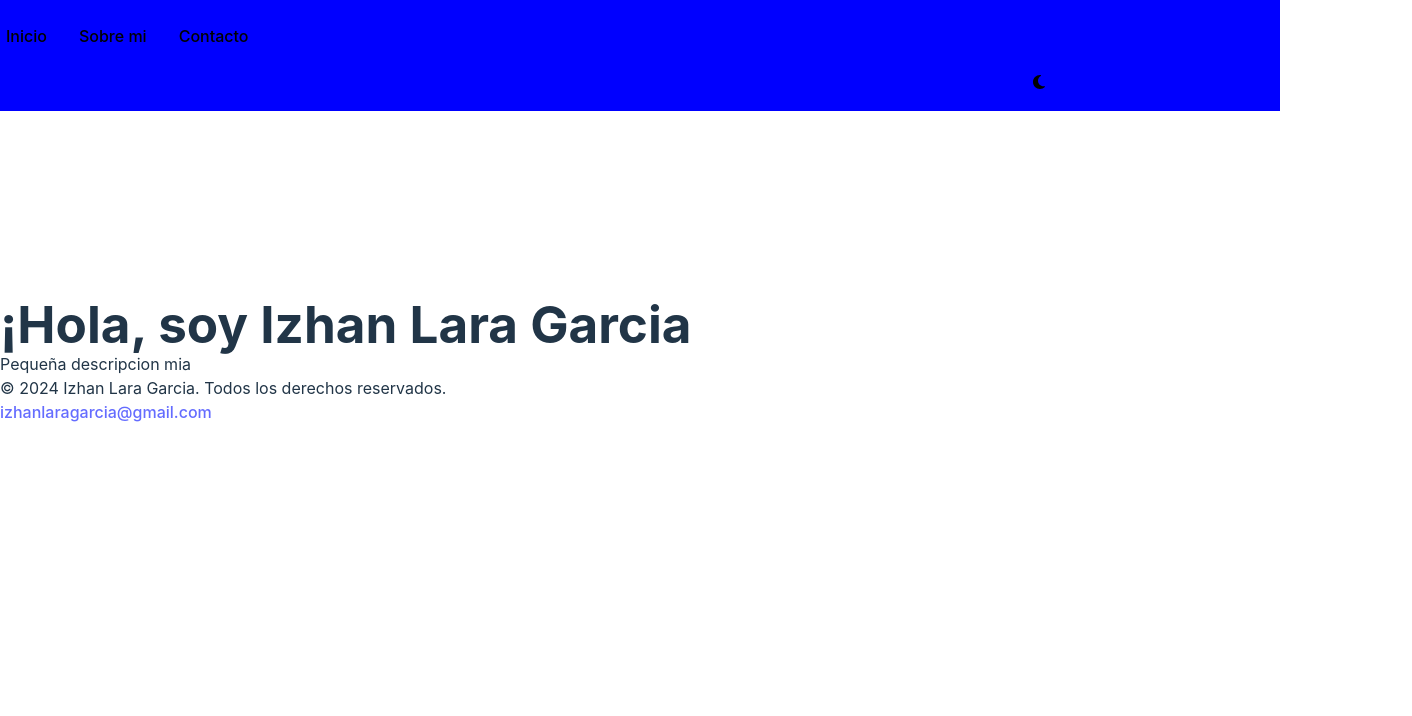
Repository: izhanlaraagarcia/izhanlaraagarcia.github.io
Page: / (app in vite-project/)
An editor plug-in stored every save of this project. The page is shown before and after the next save, followed by the edit.
The browser window is 1280 px wide. The page is 1280 px wide, then 1412 px, so the pictures cover 1412 px, including what lies to the right of the window. The pictures show the whole page.
The project was rebuilt for these pictures with package versions that can differ from the ones it lists, and the page was loaded fresh each time. Also part of the build but not shown: vite-project/vite.config.js, vite-project/src/Home/Styles/estilos.css, vite-project/src/pages/About/about.jsx, vite-project/src/pages/Contact/contact.jsx.

Above is the page before, as saved 2024-07-10 13:48:47.

### vite-project/index.html
<!doctype html>
<html lang="en">
  <head>
    <meta charset="UTF-8" />
    <meta name="viewport" content="width=device-width, initial-scale=1.0" />
    <title>Izhan Lara Garcia</title>
  </head>
  <body>
    <div id="root"></div>
    <script type="module" src="/src/main.jsx"></script>
  </body>
</html>

### vite-project/src/App.jsx
import React from 'react';
import { BrowserRouter as Router, Route, Routes } from 'react-router-dom';
import Menu from './Componentes-Generales/menu.jsx';
import Inicio from './Home/Inicio.jsx';
import About from './pages/About/about.jsx';
import Contact from './pages/Contact/contact.jsx';

class App extends React.Component {
  render() {
    return (
      <Router>
        <Menu />
        <Routes>
          <Route path="/" element={<Inicio />} />
          <Route path="/sobre-mi" element={<About />} />
          <Route path="/contacto" element={<Contact />} />
        </Routes>
      </Router>
    );
  }
}

export default App;

### vite-project/src/Componentes-Generales/menu.jsx
import React from "react";
import { Link } from "react-router-dom";
import "./styles/menu.css";

import TemaComponent from "./thema";

class Menu extends React.Component {
  render() {
    return (
      <header>
        <nav>
          <ul>
            <li>
              <Link to="/">Inicio</Link>
            </li>
            <li>
              <Link to="/sobre-mi">Sobre mi</Link>
            </li>
            <li>
              <Link to="/contacto">Contacto</Link>
            </li>
            <li>
              <TemaComponent/>
            </li>
          </ul>
        </nav>
      </header>
    );
  }
}

export default Menu;

### vite-project/src/Home/Inicio.jsx
import React from "react";
import "./Styles/estilos.css";

import Banner from '../Componentes-Generales/banner'
import Footer from '../Componentes-Generales/footer'


class Inicio extends React.Component {
  render() {
    return (
      // Pequeña presentacion para el inicio
      <>
        <Banner /><Footer /></>
    );
  }
}

export default Inicio;

### vite-project/src/Componentes-Generales/styles/menu.css
nav {
    top: 0;
    right: 0;
    margin: 0%;
    padding: 10px;
    position: fixed;
    width: 100%;

    background-color: blue;
}

nav ul {
    list-style-type: none;
    padding: 0;
    margin: 0;
}

nav a {
    float: left;
    display: block;
    color: black;
    text-align: center;
    padding: 14px 16px;
}

nav ul li a:hover {
    background-color: aliceblue;
}

.blackbutton {
    background: unset;
    border: none;
    cursor: pointer;
}

### vite-project/src/Componentes-Generales/thema.jsx
import React, { useState } from 'react';
import { FontAwesomeIcon } from '@fortawesome/react-fontawesome';
import { faSun, faMoon } from '@fortawesome/free-solid-svg-icons';

const TemaComponent = () => {
  const [dark, setDark] = useState(false);

  const handleClick = () => {
    if (dark) {
      document.body.style.backgroundColor = "white";
      setDark(false);
    } else {
      document.body.style.backgroundColor = "darkgrey";
      setDark(true);
    }
  };

  return (
    <button
      id="tema"
      style={{ cursor: 'pointer', background: 'none', border: 'none', outline: 'none' , marginLeft: '80%'}}
      onClick={handleClick}
      aria-label={dark ? 'Cambiar al modo claro' : 'Cambiar al modo oscuro'}
    >
      <FontAwesomeIcon icon={dark ? faSun : faMoon} style={{ color: dark ? 'black' : 'inherit' }} />
    </button>
  );
};

export default TemaComponent;

### vite-project/src/Componentes-Generales/banner.jsx
import React from "react";
import "./styles/banner.css";

class Banner extends React.Component {
  render() {
    return (
      <div>
        <section id="welcome">
          <h1>¡Hola, soy Izhan Lara Garcia</h1>
          <p>
            Pequeña descripcion mia
          </p>
        </section>
      </div>
    );
  }
}

export default Banner;

### vite-project/src/Componentes-Generales/footer.jsx
import React from "react";



class Footer extends React.Component{
    render(){
        return (
            <footer id="footer">
            <p>© 2024 Izhan Lara Garcia. Todos los derechos reservados.</p>
            <a href="mailto:izhanlaragarcia@gmail.com">izhanlaragarcia@gmail.com</a>
          </footer>
        )
    }
}

export default Footer;

### vite-project/src/Componentes-Generales/styles/banner.css
*{
  padding: 0%;
  margin: 0%;
}

Loaded but not shown: vite-project/src/main.jsx (common file); vite-project/src/index.css (common file)

After the next save:
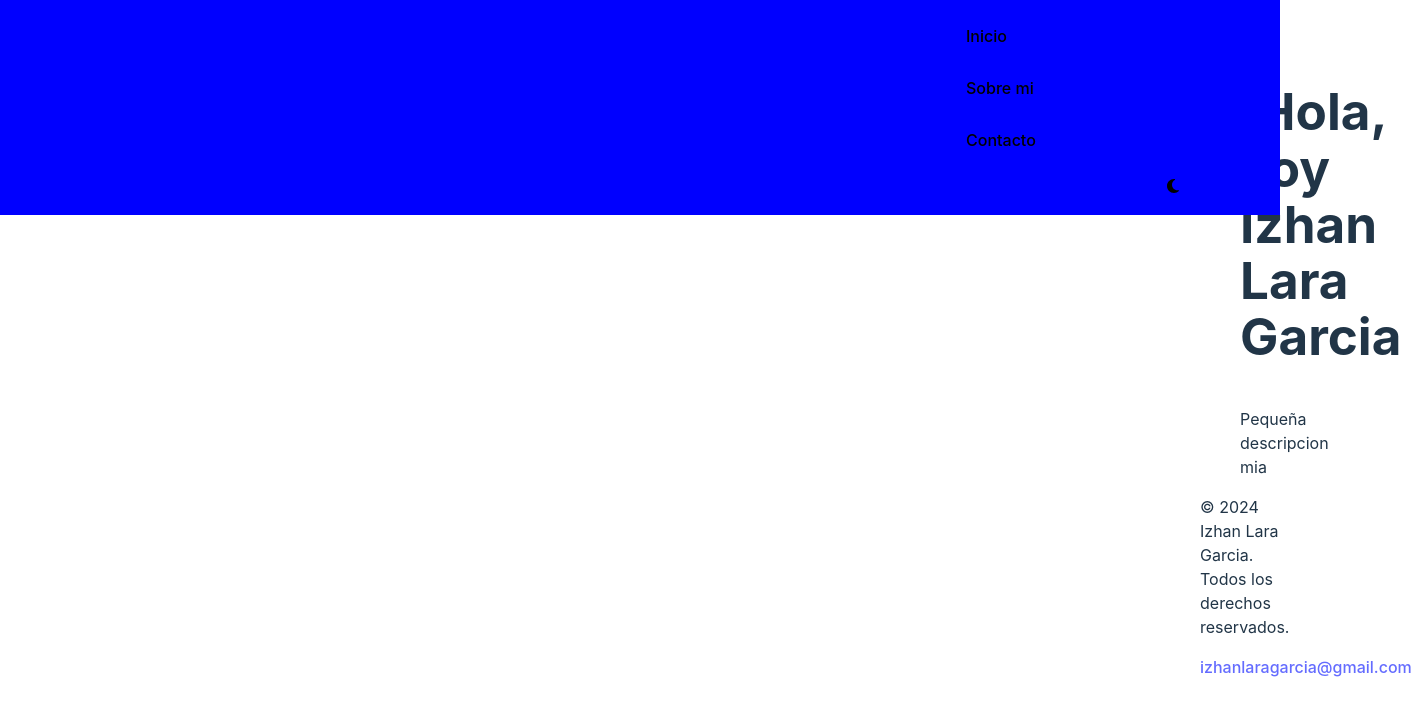
Saved 20 s later.
--- a/vite-project/src/Componentes-Generales/styles/banner.css
+++ b/vite-project/src/Componentes-Generales/styles/banner.css
@@ -1,4 +1,3 @@
 *{
-  padding: 0%;
-  margin: 0%;
+  margin-left: 50%;
 }
